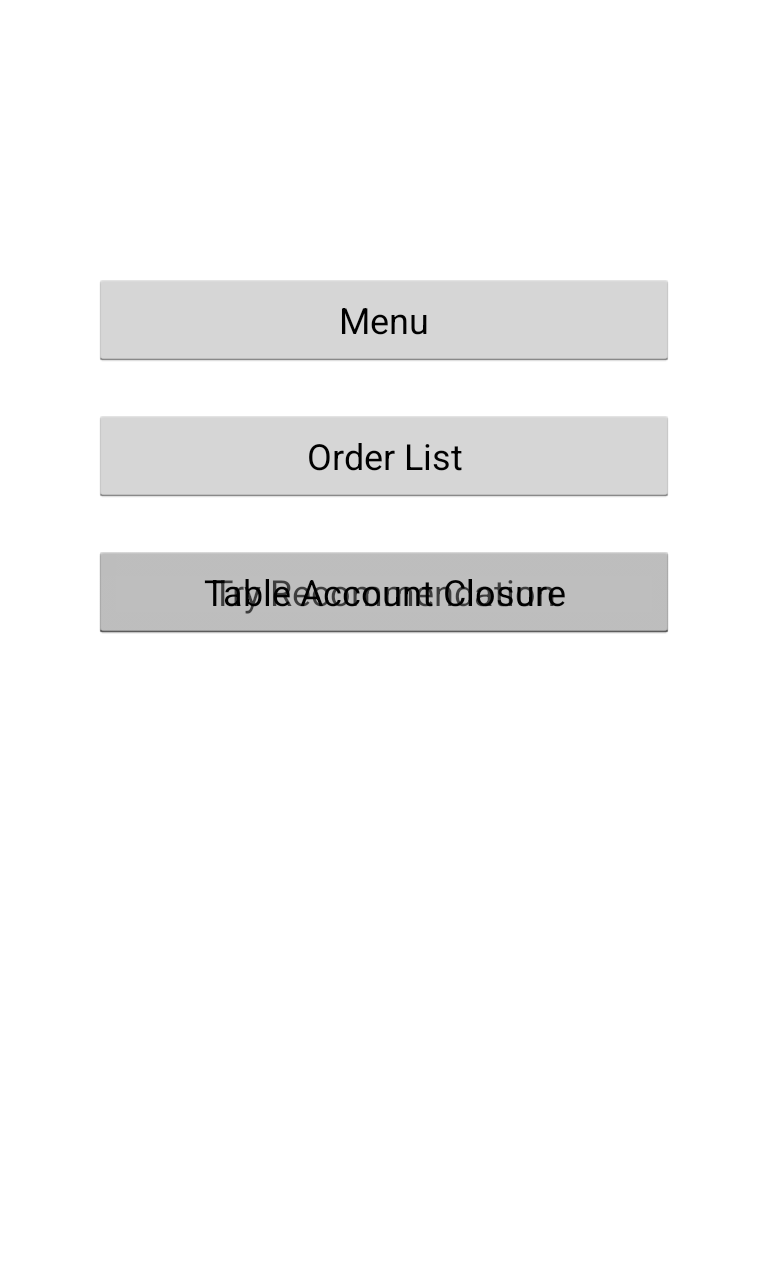
Repository: erenerdogan/ERMS
Layout: ERMSMobile/ERMS/res/layout/activity_main.xml
These files come from the project's save history. The layout is drawn as it stood at one moment and after the next save; the edit follows.
It is drawn on a 768 x 1280 px phone screen (xhdpi) without system bars, with theme AppTheme; the app's code is not run.

Above is the layout before, as saved 2013-12-21 23:48:57.

### ERMSMobile/ERMS/res/layout/activity_main.xml
<RelativeLayout xmlns:android="http://schemas.android.com/apk/res/android"
    xmlns:tools="http://schemas.android.com/tools"
    android:layout_width="match_parent"
    android:layout_height="match_parent"
    android:paddingBottom="@dimen/activity_vertical_margin"
    android:paddingLeft="@dimen/activity_horizontal_margin"
    android:paddingRight="@dimen/activity_horizontal_margin"
    android:paddingTop="@dimen/activity_vertical_margin"
    tools:context=".MainActivity" >

    <Button
        android:id="@+id/menubtn"
        android:layout_width="fill_parent"
        android:layout_height="wrap_content"
        android:layout_alignParentLeft="true"
        android:layout_alignParentTop="true"
        android:layout_marginLeft="30dp"
        android:layout_marginRight="30dp"
        android:layout_marginTop="120dp"
        android:text="Menu" />

    <Button
        android:id="@+id/orderbtn"
        android:layout_width="fill_parent"
        android:layout_height="wrap_content"
        android:layout_below="@+id/menubtn"
        android:layout_marginTop="20dp"
        android:layout_marginLeft="30dp"
        android:layout_marginRight="30dp"
        android:text="Order List" />

     <Button
        android:id="@+id/trybtn"
        android:layout_width="fill_parent"
        android:layout_height="wrap_content"
        android:layout_below="@+id/orderbtn"
        android:layout_marginTop="20dp"
        android:layout_marginLeft="30dp"
        android:layout_marginRight="30dp"
        android:text="Try Recommendation" />

     <Button
        android:id="@+id/closurebtn"
        android:layout_width="fill_parent"
        android:layout_height="wrap_content"
        android:layout_below="@+id/orderbtn"
        android:layout_marginTop="20dp"
        android:layout_marginLeft="30dp"
        android:layout_marginRight="30dp"
        android:text="Table Account Closure" />

</RelativeLayout>

Loaded but not shown: ERMSMobile/ERMS/res/values/styles.xml (common file); ERMSMobile/ERMS/res/values-v11/styles.xml (common file); ERMSMobile/ERMS/res/values-v14/styles.xml (common file); ERMSMobile/ERMS/res/values/dimens.xml (common file)

After the next save:
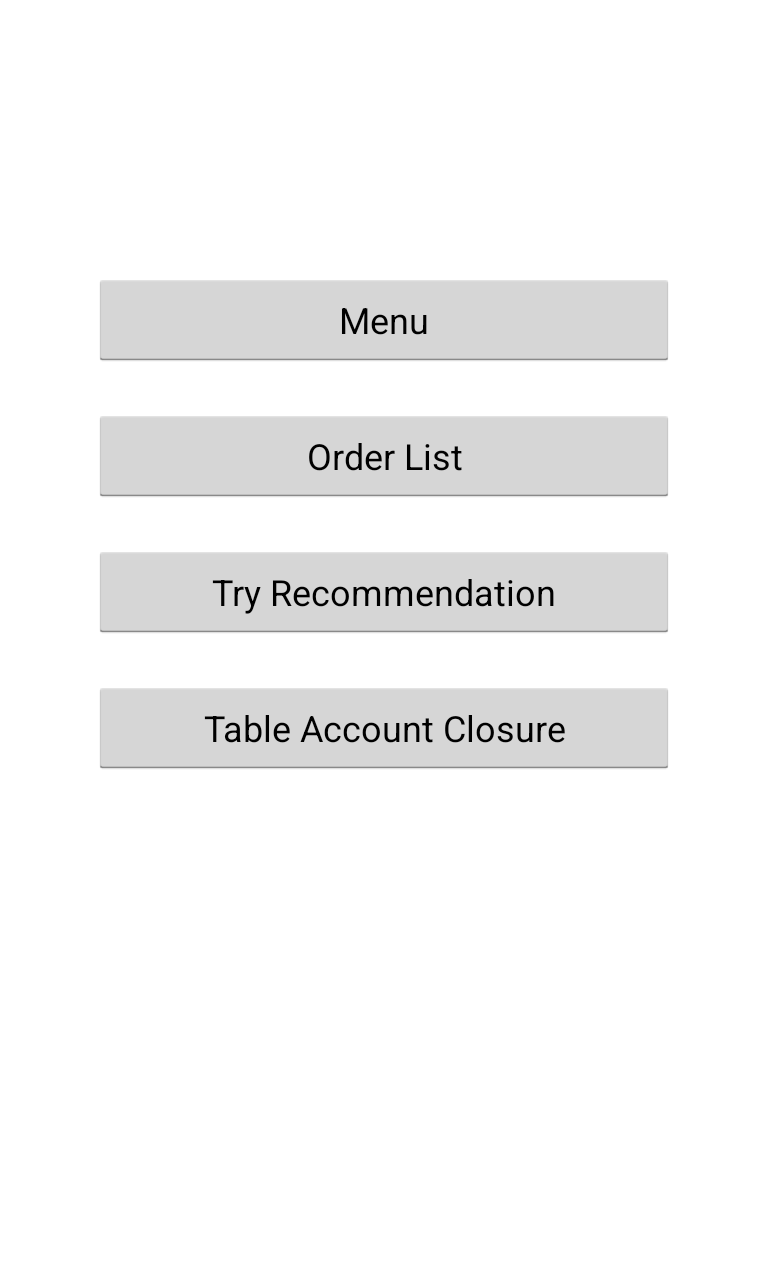
Saved 7 s later.
--- a/ERMSMobile/ERMS/res/layout/activity_main.xml
+++ b/ERMSMobile/ERMS/res/layout/activity_main.xml
@@ -43,7 +43,7 @@
         android:id="@+id/closurebtn"
         android:layout_width="fill_parent"
         android:layout_height="wrap_content"
-        android:layout_below="@+id/orderbtn"
+        android:layout_below="@+id/trybtn"
         android:layout_marginTop="20dp"
         android:layout_marginLeft="30dp"
         android:layout_marginRight="30dp"
